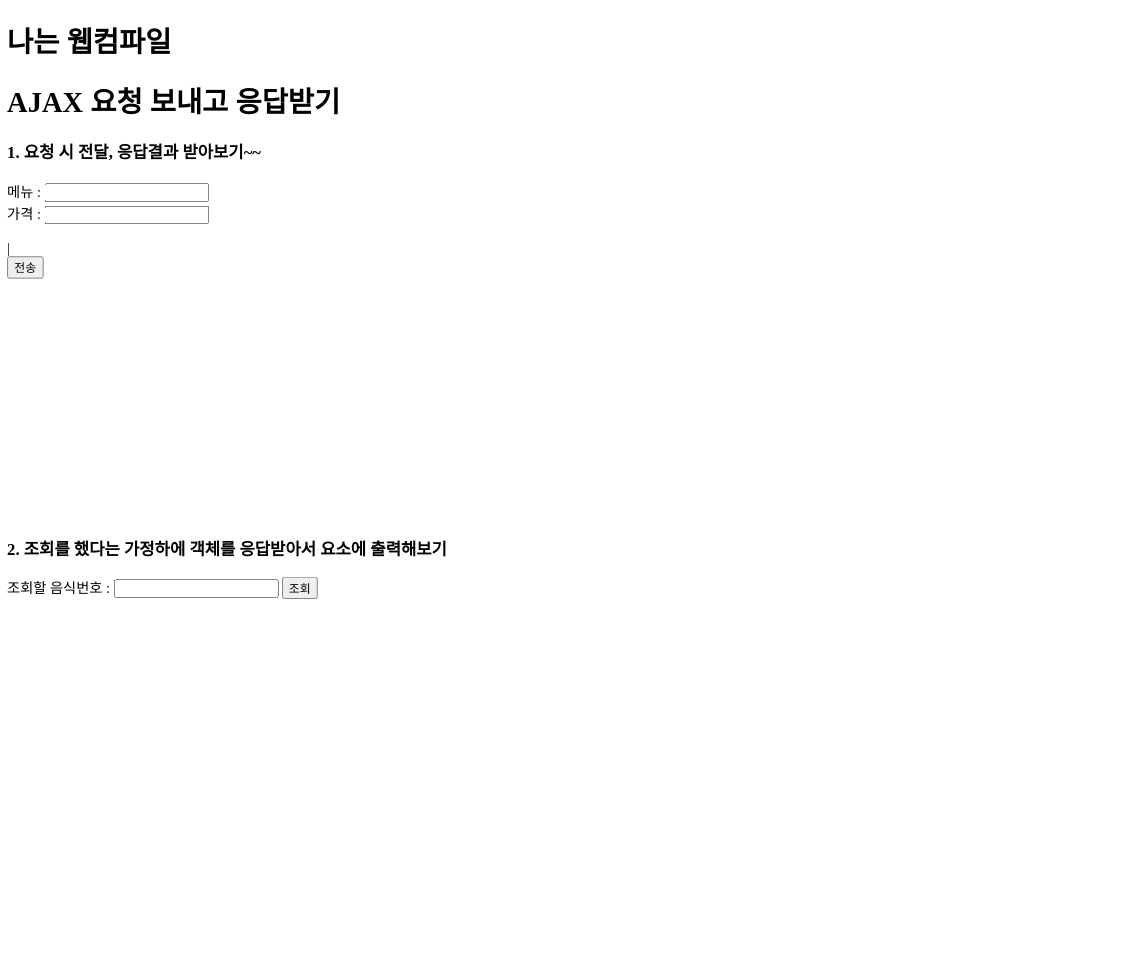
Repository: LeeSeongWook1/semi_Spring
Page: http://localhost/ajaxProject/
These files come from the project's save history. The page is drawn as it stood at one moment and after the next save; the edit follows.
The browser window is 1280 px wide. The pictures show the whole page, at 89% of full size.
The page is served by Tomcat 9. Nobody is signed in. The application's start-up code is not run.

Above is the page before, as saved 2024-04-22 08:15:00.

After the next save:
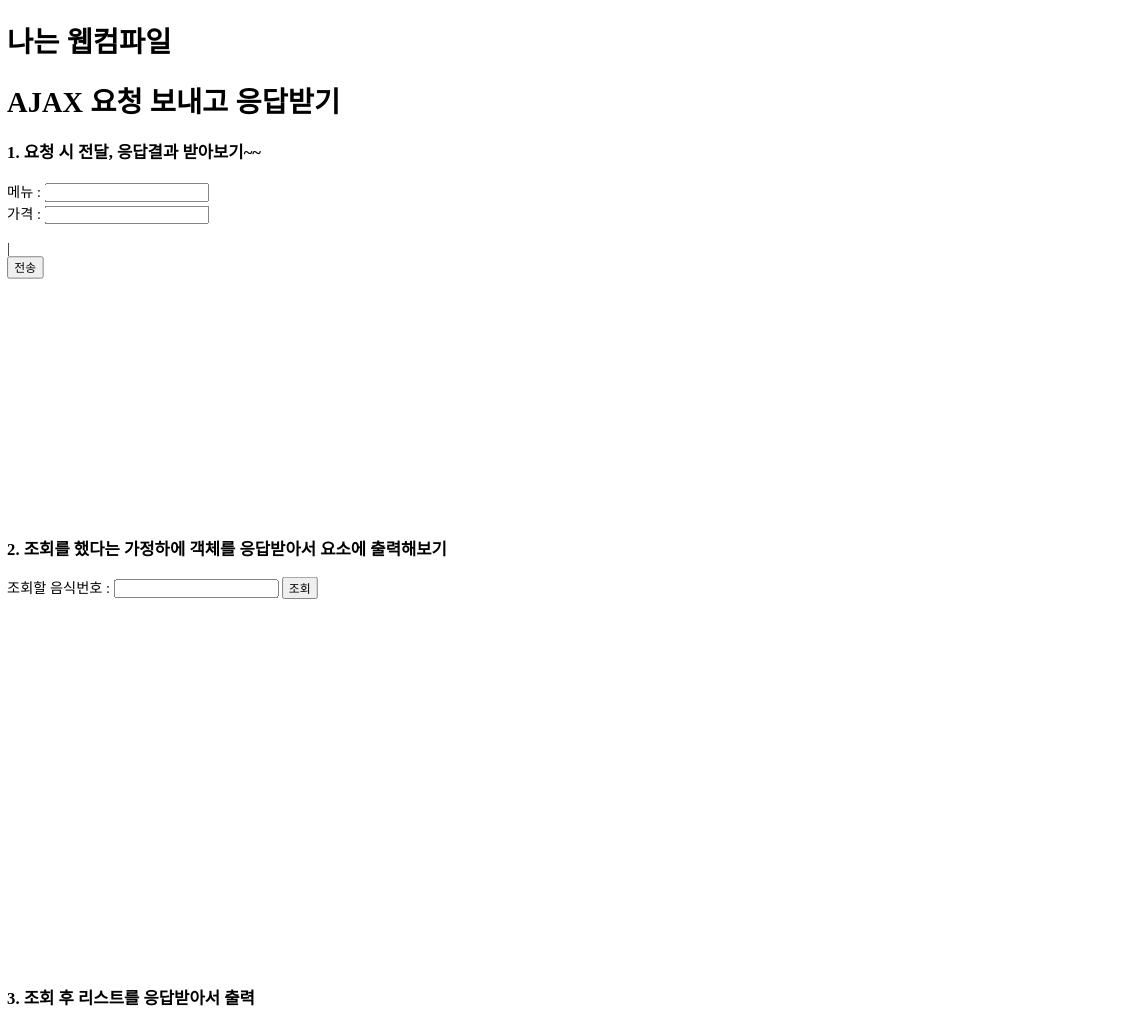
Saved 18 s later.
--- a/ajaxProject/src/main/webapp/index.jsp
+++ b/ajaxProject/src/main/webapp/index.jsp
@@ -82,5 +82,6 @@
 
 
 <br><br><br><br><br><br><br><br><br><br><br><br><br><br><br><br><br><br><br><br><br><br><br>
+<h3>3. 조회 후 리스트를 응답받아서 출력</h3>
 </body>
 </html>
